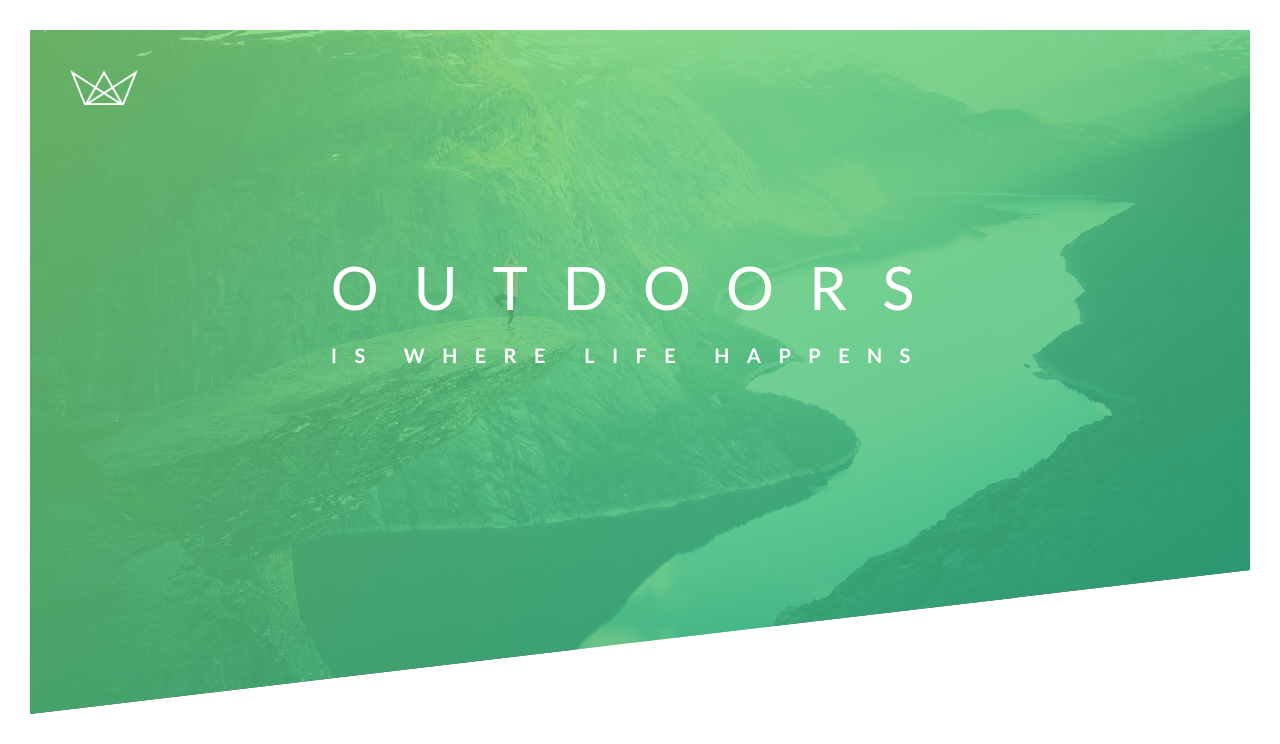
Repository: MalgorzataMazur/Natours
Page: index.html
The author's editor kept a copy of each file at every save. The page is drawn from the files as they stood at one save, then again after the next save.
The browser window is 1280 px wide. The pictures show the whole page.

Above is the page before, as saved 2020-01-12 22:21:54.

### index.html
<!DOCTYPE html>
<html lang="en">
<head>
    <meta charset="UTF-8">
    <meta name="viewport" content="width=device-width, initial-scale=1.0">
    <meta http-equiv="X-UA-Compatible" content="ie=edge">

    <link href="https://fonts.googleapis.com/css?family=Lato:100,300,400,700,900" rel="stylesheet">


    <link rel="stylesheet" href="css/style.css">
    <link rel="shortcut icon" type="image/png" href="img/favicon.png">

    <title>Natours | Exciting tours for adventurous people</title>
</head>
<body>
    <header class="header">  <!-- green field -->
        <div class="logo-box">
            <img src="img/logo-white.png" alt="Logo" class="logo">
        </div>

        <div class="text-box">
            <h1 class="heading-primary">
                <span class="heading-primary-main">Outdoors</span>
                <span class="heading-primary-sub">is where life happens</span>
            </h1>
        </div>

    </header>
</body>
</html>

### css/style.css
/*
COLORS:

Light green: #7ed56f
Medium green: #55c57a
Dark green: #28b485

*/

/* universal selector */    /* that is BASIC RESET! */
* {
    margin: 0;
    padding: 0;
    box-sizing: border-box;
}

body {
    font-family: "Lato", sans-serif;          /* FONT HERE IN BODY BECASUE IS USUALLY IHERITATED */
    font-weight: 400;
    font-size: 16px;
    line-height: 1.7;                       /* 1.7 x higher than earlier defined height of line */
    color: #777;
    padding: 30px;                          /* around all website white strap */
}

.header {
    height: 95vh;                          /* a#7ed56f, t the boottom left white strap 5% */
    background-image: linear-gradient(
        to right bottom,                     /* define gradient here linear, from wich side sholuld starts here in line gradienfrom the left top to the right, colours */
        rgba(126, 213, 111, 0.8),
        rgba(40, 180, 131, 0.8)),
        url(../img/hero.jpg);
    background-size: cover;
    background-position: top;
    position: relative;

    clip-path: polygon(0 0, 100% 0, 100% 75vh, 0 100%);  /* do wedge (kiln, wcięcie) just to clip from one side, w do polygon (wilokat) we move every single corner move clockwise x & y)  */

}

.logo-box {
    position: absolute;                    /* in the left corner */
    top: 40px;
    left: 40px;
}

.logo {
    height: 35px;;
}

.text-box {
    position: absolute;
    top: 40%;                          /* top&left they're in relation to the parent element  */
    left: 50%;
    transform: translate(-50%, -50%);         /*translation  is in relation to the elemnet itself; header promary I mean an element to be centered we have to shifted 50% of height and width of element not parent */
}

.heading-primary {
    color: #ffffff;
    text-transform: uppercase;

    backface-visibility: hidden;                  /* a little bit like to the top, shaky and it is to fix it  */
}

.heading-primary-main {
    display: block;
    font-size: 60px;
    font-weight: 400;
    letter-spacing: 35px;

    animation-name: moveInLeft;               /*  for animation to woerk there're two only properties to specify aniamtion name and the anim ation duration */
    animation-duration: 1s;
    animation-timing-function: ease-out;       /* define how animation will proceed slow/fast; ease-out the anim will start faster and then will become slower by the end */


    /*animation-delay: 3s;*/              /* set a delay we can in animation */
    /*animation-iteration-count: 3; */          /* how many times animation should happens */

}

.heading-primary-sub {
    display: block;
    font-size: 20px;
    font-weight: 700;
    letter-spacing: 17.4px;
    animation: moveInRight 1s ease-out;

}

@keyframes moveInLeft {            /* ANIMATION we started from @keyframes and name of animation;NOW I can specify whnt I want to happen in each moment of time of the animation  */
    0% {                          /* initial state */
       opacity: 0;                         /* first we wanted to be visible so opacity 0 and in the end opacity 1; opacity is one of properties that we animated here and transform property second */
       transform: translateX(-100px);        /* the element comes in from the left side */
    }                                          /* rotate(180deg) */

    80% {
        transform: translateX(10px);        /* to the right side goes */
    }

    100% {                        /* final state */
        opacity: 1;                         /* first we wanted to be visible so opacity 0 and in the end opacity 1 */
        transform: translate(0);     /* it's gonna look exactly right now */
    }
}


@keyframes moveInRight {
       0% {
        opacity: 0;
        transform: translateX(100px);      /* moves to the right */
    }

    80% {
        transform: translateX(-10px);
    }

    100% {
        opacity: 1;
        transform: translate(0);
    }
}

After the next save:
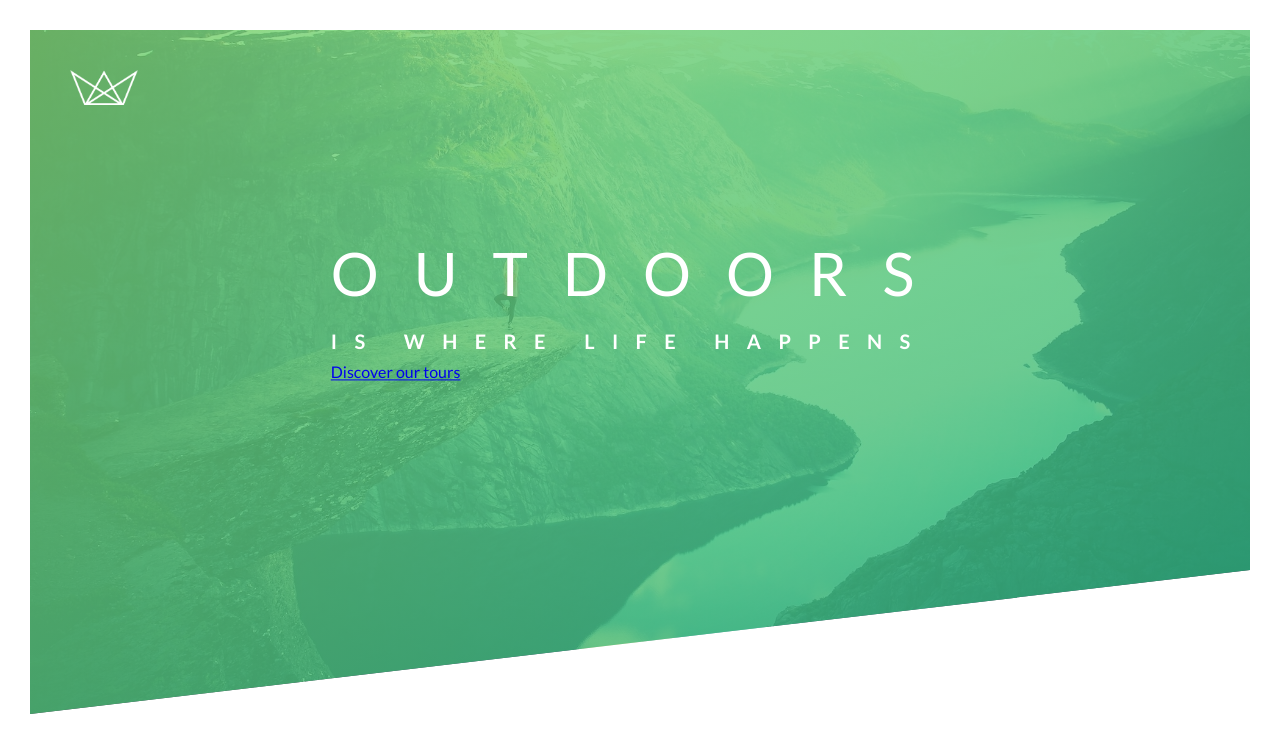
Saved 5 min 23 s later.
--- a/index.html
+++ b/index.html
@@ -24,6 +24,7 @@
                 <span class="heading-primary-main">Outdoors</span>
                 <span class="heading-primary-sub">is where life happens</span>
             </h1>
+            <a href="#" class="btn btn-white">Discover our tours</a>
         </div>
 
     </header>
